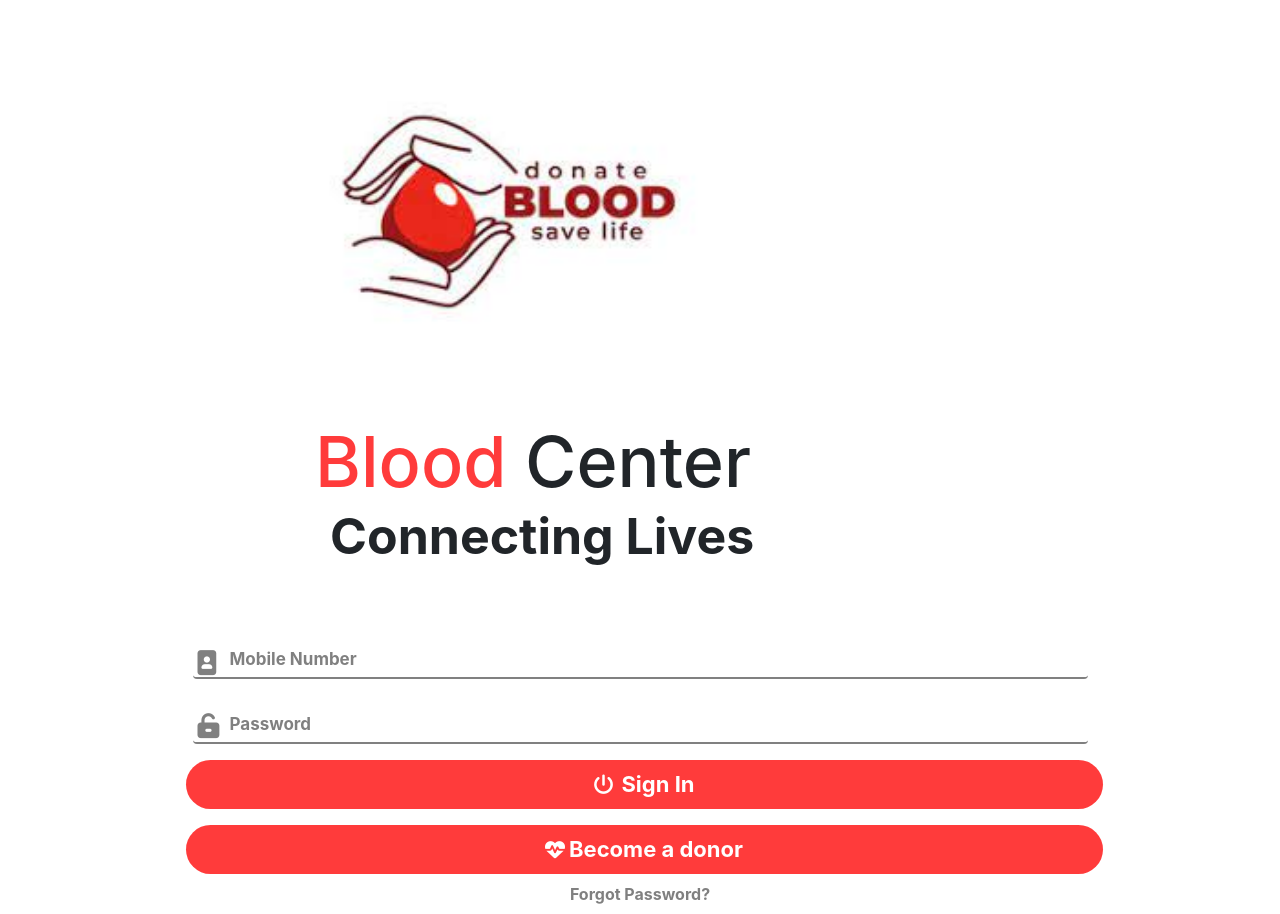
Repository: syedali042/jbds
Page: /
These files come from the project's save history. The page is drawn as it stood at one moment and after the next save; the edit follows.
The browser window is 1280 px wide. The pictures show the whole page.
Some web libraries are served in a nearby version. The project was rebuilt for these pictures with package versions that can differ from the ones it lists, and the page was loaded fresh each time. Also part of the build but not shown: src/components/Header.js, src/components/About.js, src/components/Register.js, src/components/Header2.js, src/components/Home.js, src/components/Header4.js, src/components/Request.js, src/components/Header3.js and 1 more.

Above is the page before, as saved 2021-11-09 20:18:16.

After the next save:
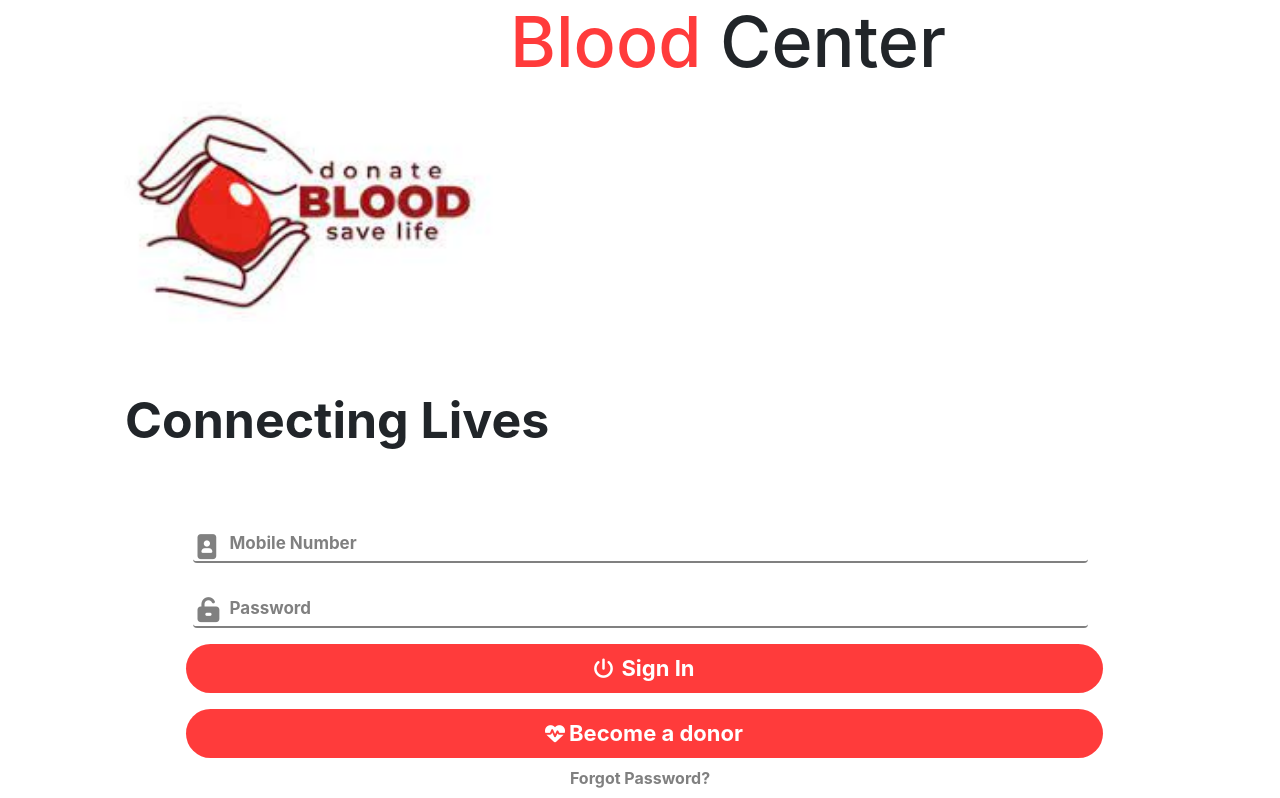
Saved 23 s later.
--- a/src/components/Login.js
+++ b/src/components/Login.js
@@ -7,14 +7,10 @@ function Login() {
 
             <div className="container">
                 <div className="row">
-                    <div className="col-2"></div>
-                    <div className="col-8">
-                        <img src="./images/download.jfif" alt="there is no image" className="img"/>
-                        <h2 className="blood"><span style={{color:'#FF3B3B'}}>Blood</span> Center</h2><br>
-                        </br>
-                        <h5 className="con">Connecting Lives</h5>
-                    </div>
-                    <div className="col-2"></div>
+                    <img src="./images/download.jfif" alt="there is no image" className="img"/>
+                    <h2 className="blood"><span style={{color:'#FF3B3B'}}>Blood</span> Center</h2><br>
+                    </br>
+                    <h5 className="con">Connecting Lives</h5>
                 </div>
                 <div className="container">
                     <div className="row">
